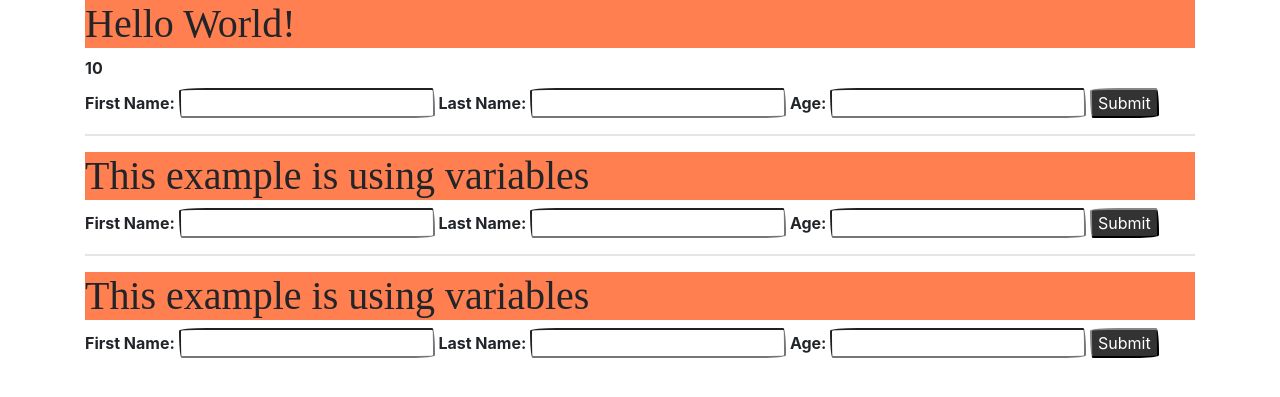
Repository: brandonbath/Lab23
Page: http://localhost/SpringDemo2/WEB-INF/views/index.jsp
An editor plug-in stored every save of this project. The page is shown before and after the next save, followed by the edit.
The browser window is 1280 px wide. The pictures show the whole page.
Some web fonts or font styles are not loaded; a fallback is used. Some web libraries are served in a nearby version. The page is served by Tomcat 9. Nobody is signed in. The template is opened directly, without the code that normally fills it, so the values that code supplies are empty.

Above is the page before, as saved 2019-11-14 18:51:38.

After the next save:
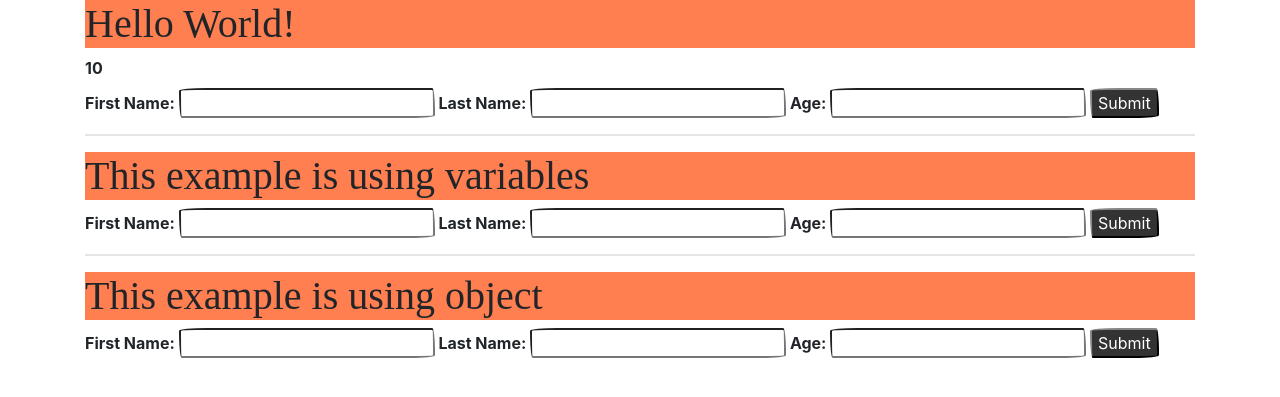
Saved 32 s later.
--- a/SpringDemo2/src/main/webapp/WEB-INF/views/index.jsp
+++ b/SpringDemo2/src/main/webapp/WEB-INF/views/index.jsp
@@ -42,7 +42,7 @@ Age: <input type="number" name="age">
 </form>
 
 <hr>
-<h1>This example is using variables</h1>
+<h1>This example is using object</h1>
 <form action="add-person3">
 First Name: <input type="text" name="first">
 Last Name: <input type="text" name="last">
